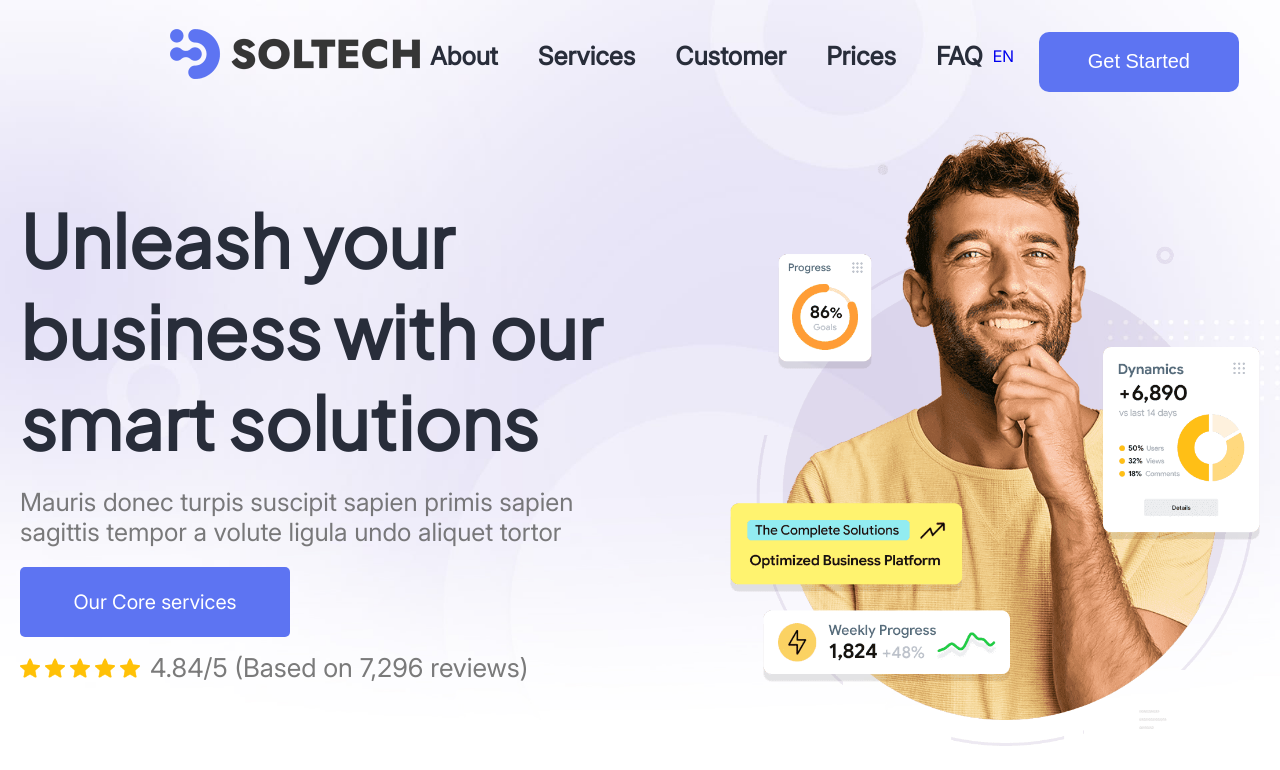
Repository: md-rabbi-hossain/Soltech-html
Page: index.html
These files come from the project's save history. The page is drawn as it stood at one moment and after the next save; the edit follows.
The browser window is 1280 px wide. The pictures show the whole page.

Above is the page before, as saved 2025-01-10 01:40:19.

### index.html
<!DOCTYPE html>
<html lang="en">
  <head>
    <meta charset="UTF-8" />
    <meta name="viewport" content="width=device-width, initial-scale=1.0" />
    <link rel="stylesheet" href="Css/style.css" />
    <title>Soltech</title>
  </head>
  <body>
    <header class="main-container">
      <div class="Hero-parents-container">
        <nav>
          <div class="logo">
            <img src="image/logo-1.png" alt="Logo" />
          </div>
          <ul class="menu">
            <li class="dropdown">
              <a href="#">About</a>
              <ul class="dropdown-menu">
                <li><a href="#">Our Team</a></li>
                <li><a href="#">Our Mission</a></li>
                <li><a href="#">History</a></li>
              </ul>
            </li>
            <li><a href="#">Services</a></li>
            <li><a href="#">Customer</a></li>
            <li><a href="#">Prices</a></li>
            <li><a href="#">FAQ</a></li>
          </ul>
          <div class="actions">
            <div class="dropdown">
              <li><a href="#">EN</a></li>
              <ul class="dropdown-menu">
                <li><a href="#">English</a></li>
                <li><a href="#">Spanish</a></li>
              </ul>
            </div>
            <button class="get-started">Get Started</button>
          </div>
        </nav>
        <!-- Navbar end here  -->
        <!-- hero start here  -->
        <div class="hero-parents container">
          <div class="left-side">
            <div class="content">
              <h1>Unleash your business with our smart solutions</h1>
              <p>
                Mauris donec turpis suscipit sapien primis sapien sagittis
                tempor a volute ligula undo aliquet tortor
              </p>
              <div>
                <button>Our Core services</button>
              </div>
              <div class="text">
                <div class="icon">
                  <img src="image/star.png" alt="" />
                  <img src="image/star.png" alt="" />
                  <img src="image/star.png" alt="" />
                  <img src="image/star.png" alt="" />
                  <img src="image/star.png" alt="" />
                </div>
                <p>4.84/5 (Based on 7,296 reviews)</p>
              </div>
            </div>
          </div>
          <div class="right">
            <img src="/image/hero-right.png" alt="" />
          </div>
        </div>
      </div>
    </header>
    <section class="main-container cta-section">
      <div class="container">
        <div class="introduction-text">
          <h4></h4>
        </div>
      </div>
    </section>
    <script src="/Js/Script.js"></script>
  </body>
</html>

### Css/style.css
* {
  margin: 0;
  padding: 0;
  box-sizing: border-box;
}
html {
  scroll-behavior: smooth;
}
@font-face {
  font-family: Inter;
  src: url("/Font/Inter_24pt-Regular.ttf") format("woff2");
  src: url("/Font/Inter_24pt-Regular.ttf") format("woff");
  src: url("/Font/Inter_24pt-Regular.ttf") format("truetype");
  font-weight: normal;
  font-style: normal;
}
@font-face {
  font-family: Jakarta;
  src: url("/Font/PlusJakartaSans-Regular.ttf") format("woff2");
  src: url("/Font/PlusJakartaSans-Regular.ttf") format("woff");
  src: url("/Font/PlusJakartaSans-Regular.ttf") format("truetype");
  font-weight: normal;
  font-style: normal;
}
body {
  font-family: Inter;
}
li {
  list-style: none;
}
li a {
  text-decoration: none;
}
.main-container {
  max-width: 100%;
}

.container {
  max-width: 1400px;
  display: block;
  margin: 0 auto;
  padding: 25px;
}
h1 h2 h3 h5 h5 {
  font-family: Jakarta;
}

nav {
  display: flex;
  justify-content: space-between;
  align-items: center;
  padding-left: 170px;
  padding-right: 150px;
  padding-top: 20px;
  padding-bottom: 20px;
  position: relative;
  transition: all 0.3s ease;
  z-index: 1000;
}

nav.sticky {
  background-color: rgba(253, 253, 254, 0.8);
  position: sticky;
  top: 0;
  padding-bottom: 20px;
  box-shadow: 0 4px 6px rgba(0, 0, 0, 0.1); /* Add a shadow effect for better visibility */
}
.logo img {
  max-height: 50px;
}
.menu {
  display: flex;
  list-style: none;
  gap: 20px;
}
.menu li {
  position: relative;
}
.menu a {
  text-decoration: none;
  font-size: 25px;
  color: #282d3a;
  font-weight: bold;
  padding: 5px 10px;
}
/* Dropdown Styles */
.dropdown:hover .dropdown-menu {
  display: block;
}
.dropdown-menu {
  display: none;
  position: absolute;
  background: #fff;
  box-shadow: 0 4px 6px rgba(0, 0, 0, 0.1);
  border-radius: 5px;
  margin-top: 10px;
  list-style: none;
  padding: 10px 0;
}
.dropdown-menu li {
  padding: 5px 20px;
}
.dropdown-menu li a {
  color: #282d3a;
}
.dropdown-menu li:hover {
  background: #f1f1f1;
}
.actions {
  display: flex;
  align-items: center;
  gap: 20px;
}
.get-started {
  background: #5d74f2;
  color: #fff;
  font-size: 20px;
  line-height: 28px;
  padding: 6px 22px 8px;
  margin: 12px 5px 0;
  border: none;
  border-radius: 10px;
  width: 200px;
  height: 60px;
  cursor: pointer;
  transition: 0.5s;
}
.get-started:hover {
  background: #f2f0fb;
  border: 1px solid black;
  color: #585f6e;
}

/*  Hero Section Styles Here */
.Hero-parents-container {
  max-width: 100%;
  height: 100vh;
  background-image: url("/image/hero-1.jpg");
  background-size: cover;
  background-repeat: no-repeat;
}
.hero-parents {
  display: flex;
  justify-content: space-between;
  align-items: center;
  gap: 20px;
  padding: 20px;
}

.left-side {
  flex: 1;
}
.left-side h1 {
  font-size: 4.5rem;
  color: #282d3a;
  margin-bottom: 20px;
  font-family: Jakarta;
}
.left-side p {
  font-size: 25px;
  width: 560px;
  color: #5a5a5a; /* Subtle color for the paragraph text */
  margin-bottom: 20px;
  opacity: 0.8;
}

.left-side button {
  background: #5d74f2;
  color: white;
  font-size: 20px;
  padding: 10px 20px;
  border: none;
  border-radius: 5px;
  cursor: pointer;
  width: 270px;
  font-family: Inter;
  height: 70px;
}

.left-side button:hover {
  background: #4b62d8;
}
.icon img {
  width: 20px;
}

.text {
  display: flex;
  align-items: center;
  gap: 10px;
  padding-top: 15px;
}
.icon {
  display: flex;
  gap: 5px;
}

.icon img {
  width: 20px;
  height: 20px;
}

.text p {
  margin: 0;
  font-size: 26px;
}

/* Right Side */
.right {
  flex: 1;
  display: flex;
  justify-content: center;
  align-items: center;
}

.right img {
  max-width: 100%;
  height: auto;
  object-fit: contain;
}

### Js/Script.js
window.onscroll = function () {
  let navbar = document.querySelector("nav");
  if (window.pageYOffset > 0) {
    navbar.classList.add("sticky");
  } else {
    navbar.classList.remove("sticky");
  }
};

After the next save:
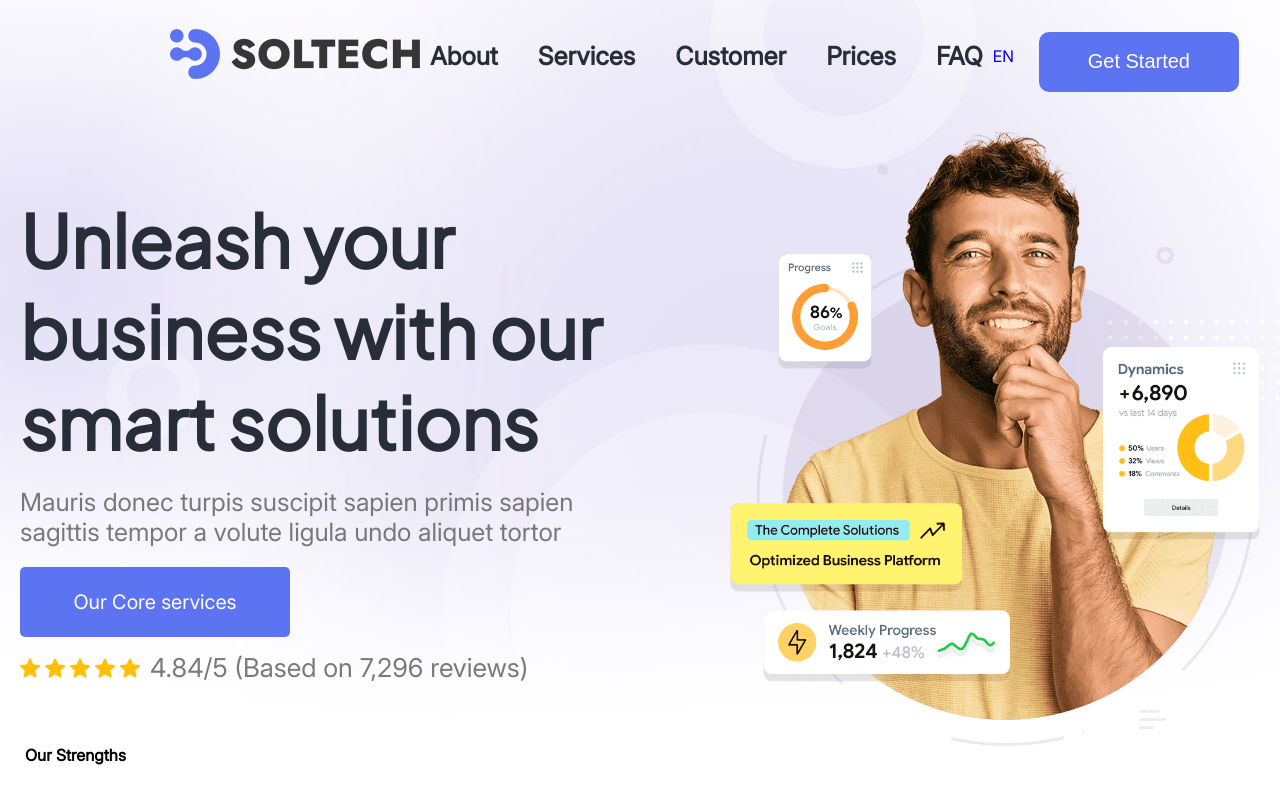
Saved 22 s later.
--- a/index.html
+++ b/index.html
@@ -72,7 +72,8 @@
     <section class="main-container cta-section">
       <div class="container">
         <div class="introduction-text">
-          <h4></h4>
+          <h4>Our Strengths</h4>
+          <h2></h2>
         </div>
       </div>
     </section>
